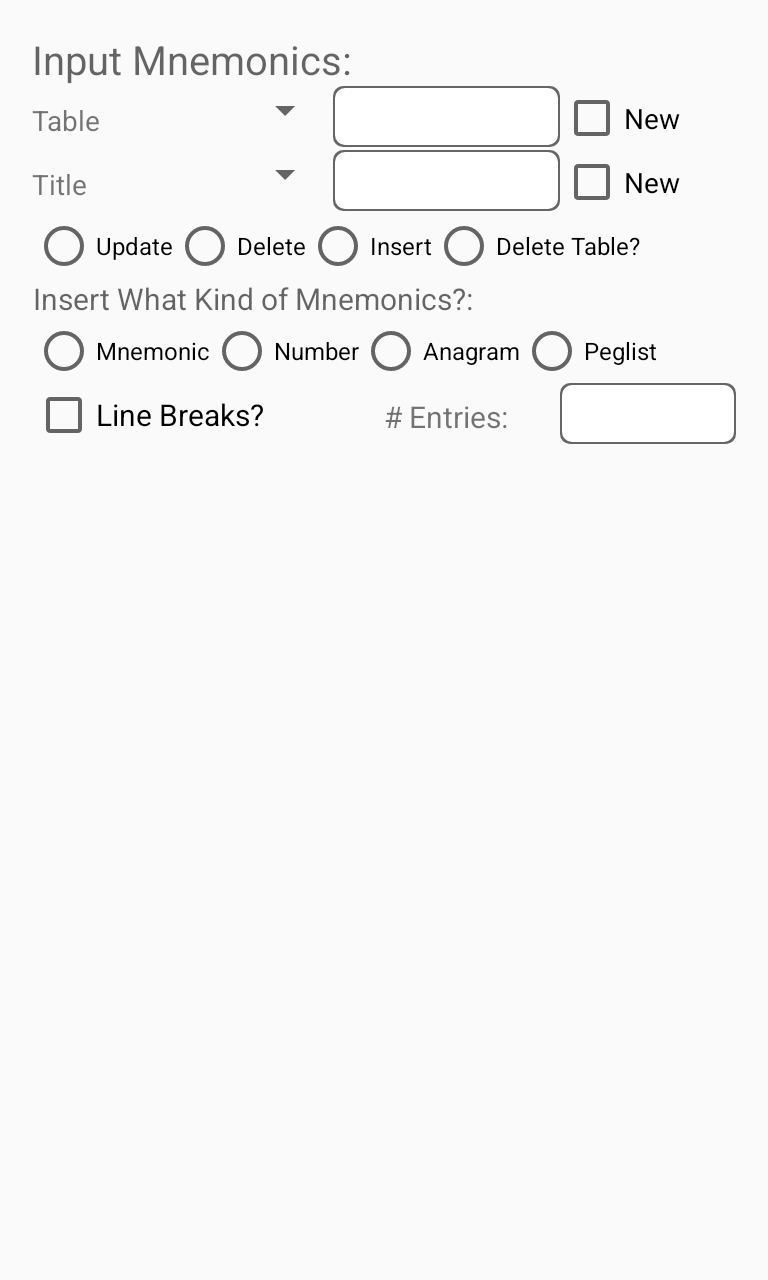
Repository: kharryman/LFQ_APP
Layout: LearnFactsQuick/res/layout/edit_mnemonics.xml
These files come from the project's save history. The layout is drawn as it stood at one moment and after the next save; the edit follows.
It is drawn on a 768 x 1280 px phone screen (xhdpi) without system bars, with theme AppTheme; the app's code is not run.

Above is the layout before, as saved 2017-08-27 00:19:06.

After the next save:
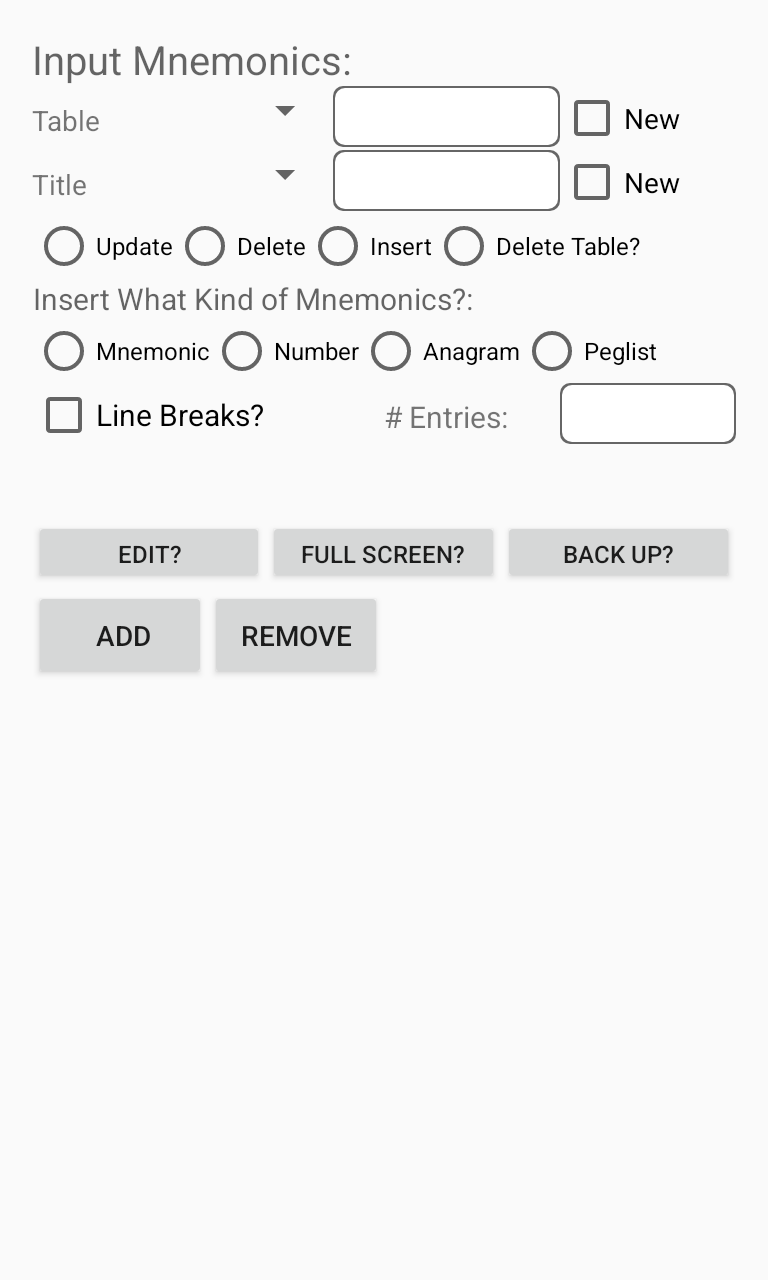
Saved 26 s later.
--- a/LearnFactsQuick/res/layout/edit_mnemonics.xml
+++ b/LearnFactsQuick/res/layout/edit_mnemonics.xml
@@ -199,47 +199,46 @@
                     android:text="Peglist"
                     android:textSize="12sp" />
             </RadioGroup>
-            </LinearLayout>
-
-            <LinearLayout
-                android:id="@+id/edit_mnemonics_linebreak_number_layout"
-                android:layout_width="match_parent"
-                android:layout_height="wrap_content"
-                android:orientation="horizontal" >
-
-                <CheckBox
-                    android:id="@+id/check_insert_mnemonic_line_breaks"
-                    android:layout_width="0dp"
-                    android:layout_height="wrap_content"
-                    android:layout_below="@+id/prompt_number_mnemonic_entries"
+        </LinearLayout>
+
+        <LinearLayout
+            android:id="@+id/edit_mnemonics_linebreak_number_layout"
+            android:layout_width="match_parent"
+            android:layout_height="wrap_content"
+            android:orientation="horizontal" >
+
+            <CheckBox
+                android:id="@+id/check_insert_mnemonic_line_breaks"
+                android:layout_width="0dp"
+                android:layout_height="wrap_content"
+                android:layout_below="@+id/prompt_number_mnemonic_entries"
+                android:layout_weight="0.5"
+                android:text="Line Breaks?"
+                android:textSize="15sp" />
+
+            <LinearLayout
+                android:id="@+id/edit_mnemonics_number_entries_layout"
+                android:layout_width="0dp"
+                android:layout_height="wrap_content"
+                android:layout_weight="0.5"
+                android:orientation="horizontal" >
+
+                <TextView
+                    android:id="@+id/prompt_number_mnemonic_entries"
+                    android:layout_width="0dp"
+                    android:layout_height="wrap_content"
                     android:layout_weight="0.5"
-                    android:text="Line Breaks?"
+                    android:text="# Entries:"
                     android:textSize="15sp" />
 
-                <LinearLayout
-                    android:id="@+id/edit_mnemonics_number_entries_layout"
+                <EditText
+                    android:id="@+id/input_number_mnemonic_entries"
                     android:layout_width="0dp"
                     android:layout_height="wrap_content"
                     android:layout_weight="0.5"
-                    android:orientation="horizontal" >
-
-                    <TextView
-                        android:id="@+id/prompt_number_mnemonic_entries"
-                        android:layout_width="0dp"
-                        android:layout_height="wrap_content"
-                        android:layout_weight="0.5"
-                        android:text="# Entries:"
-                        android:textSize="15sp" />
-
-                    <EditText
-                        android:id="@+id/input_number_mnemonic_entries"
-                        android:layout_width="0dp"
-                        android:layout_height="wrap_content"
-                        android:layout_weight="0.5"
-                        android:background="@drawable/rounded_edittext"
-                        android:inputType="number"
-                        android:maxLength="3" />
-                </LinearLayout>
+                    android:background="@drawable/rounded_edittext"
+                    android:inputType="number"
+                    android:maxLength="3" />
             </LinearLayout>
         </LinearLayout>
     </LinearLayout>
@@ -297,7 +296,7 @@
             android:id="@+id/scroll_all_mnemonics_layout"
             android:layout_width="match_parent"
             android:layout_height="match_parent"
-            android:orientation="vertical">
+            android:orientation="vertical" >
 
             <LinearLayout
                 android:id="@+id/mnemonics_scroll_layout"
